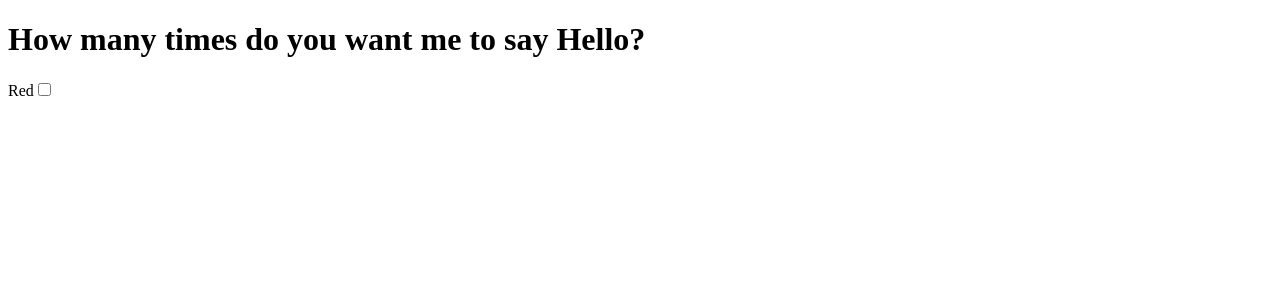
Repository: Rama-13/LaunchPadAllFiles
Page: java-workspace/FirstWebProject/WebContent/Hello.html
The author's editor kept a copy of each file at every save. The page is drawn from the files as they stood at one save, then again after the next save.
The browser window is 1280 px wide. The pictures show the whole page.

Above is the page before, as saved 2019-07-26 06:35:19.

After the next save:
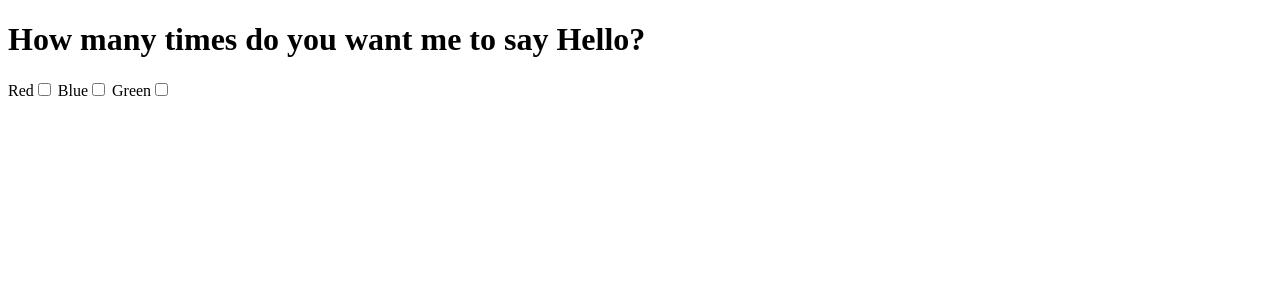
Saved 36 s later.
--- a/java-workspace/FirstWebProject/WebContent/Hello.html
+++ b/java-workspace/FirstWebProject/WebContent/Hello.html
@@ -6,6 +6,8 @@
 <h1>How many times do you want me to say Hello?</h1>
 <form>
 Red<input type = "checkbox" value = "Red" name = "color">
+Blue<input type = "checkbox" value = "Blue" name = "color">
+Green<input type = "checkbox" value = "Green" name = "color">
 </form>
 </head>
 <body>
